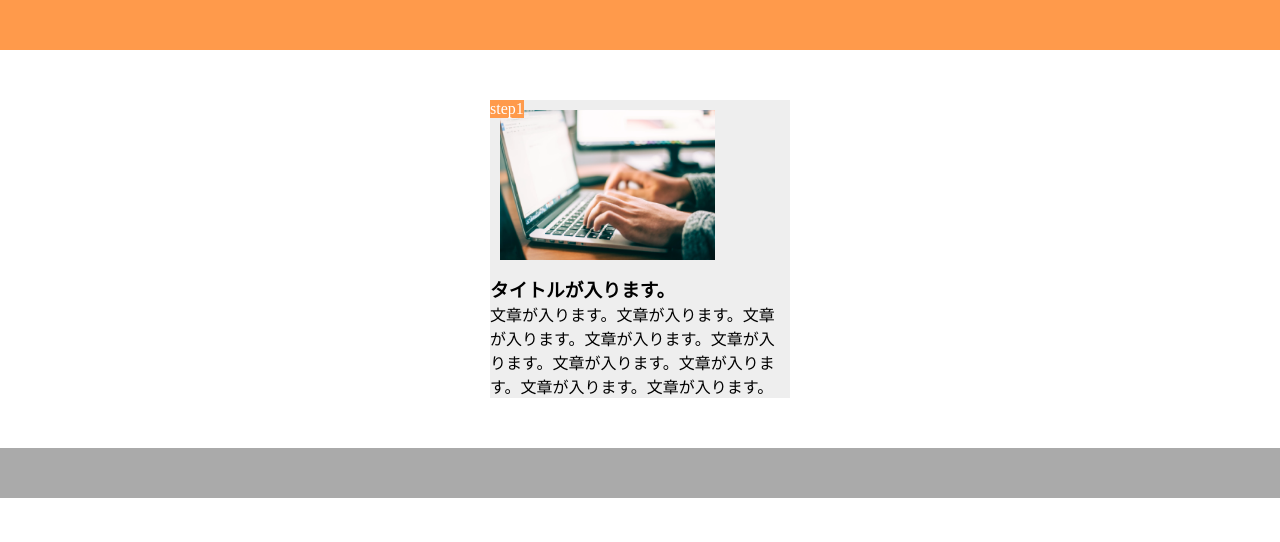
Repository: papisi-zu/book1
Page: exercises9/exercises9.html
The author's editor kept a record of every edit. The page is drawn from the files as they stood at one moment, then again after the next edit.
The browser window is 1280 px wide. The pictures show the whole page.

Above is the page before.

### exercises9/exercises9.html
<!DOCTYPE html>
<html lang="ja">
  <head>
    <meta charset="UTF-8" />
    <link rel="stylesheet" href="exercises9.css" />
    <title>exercises9</title>
  </head>

  <body>
    <header></header>
    <main>
      <section class="main-box">
        <span class="step">step1</span>
        <img class="step-image" src="img/flow01.png">
        <h3 main-title>タイトルが入ります。</h3>
        <P main-text>文章が入ります。文章が入ります。文章が入ります。文章が入ります。文章が入ります。文章が入ります。文章が入ります。文章が入ります。文章が入ります。</P>
      </section>
    </main>
    <footer></footer>
  </body>
</html>

### exercises9/exercises9.css
* {
  margin: 0;
  padding: 0;
  box-sizing: border-box;
}

header {
  width: 100%;
  height: 50px;
  background-color: #FF9A4B;
}

main {
  width: 960px;
  display: flex;
  justify-content: center;
  margin: 0 auto;
  padding: 50px 0;
}

.main-box {
  width: 300px;
  background-color: #EEEEEE;
  position: relative;
}

.step {
  background-color: #FF9A4B;
  color: #fff;
  position: absolute;
  top: 0;
  left: 0;
}

.step-image {
  height: 150px;
  background-image: url(img/flow01.png);
  background-size: cover;
  background-position: bottom;
  display: block;
  margin: 10px 10px 15px 10px;
}

.main-title {
  margin-bottom: 5px;
}

footer {
  width: 100%;
  height: 50px;
  background-color: #AAAAAA;
}

After the next edit:
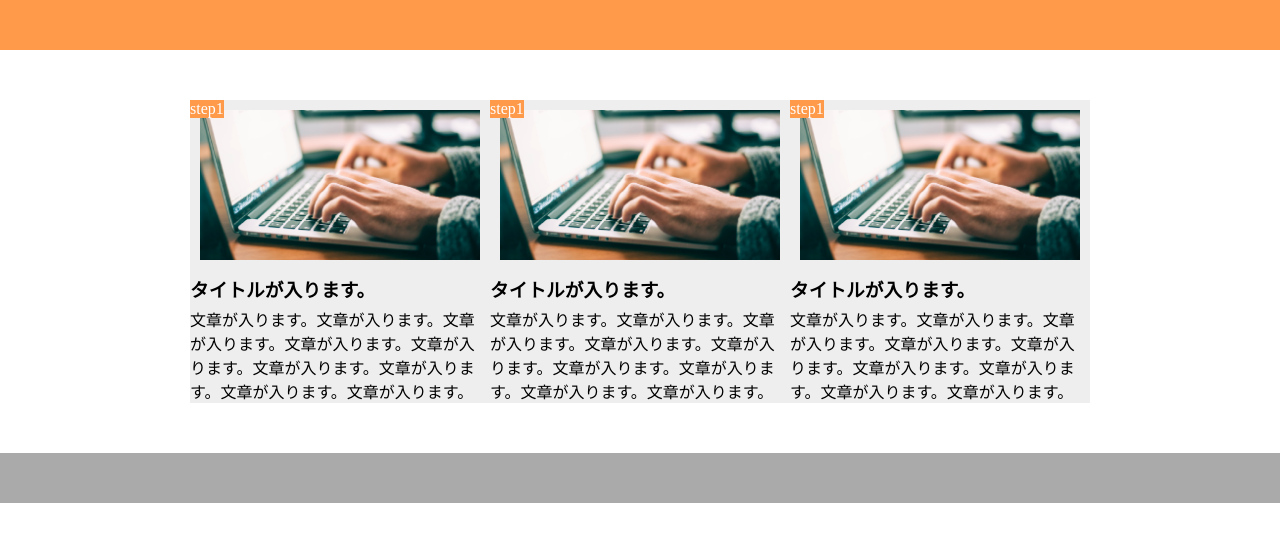
The edit:
--- a/exercises9/exercises9.html
+++ b/exercises9/exercises9.html
@@ -11,9 +11,21 @@
     <main>
       <section class="main-box">
         <span class="step">step1</span>
-        <img class="step-image" src="img/flow01.png">
-        <h3 main-title>タイトルが入ります。</h3>
-        <P main-text>文章が入ります。文章が入ります。文章が入ります。文章が入ります。文章が入ります。文章が入ります。文章が入ります。文章が入ります。文章が入ります。</P>
+        <div class="step-image"></div>
+        <h3 class="main-title">タイトルが入ります。</h3>
+        <P class="main-text">文章が入ります。文章が入ります。文章が入ります。文章が入ります。文章が入ります。文章が入ります。文章が入ります。文章が入ります。文章が入ります。</P>
+      </section>
+      <section class="main-box">
+        <span class="step">step1</span>
+        <div class="step-image"></div>
+        <h3 class="main-title">タイトルが入ります。</h3>
+        <P class="main-text">文章が入ります。文章が入ります。文章が入ります。文章が入ります。文章が入ります。文章が入ります。文章が入ります。文章が入ります。文章が入ります。</P>
+      </section>
+      <section class="main-box">
+        <span class="step">step1</span>
+        <div class="step-image"></div>
+        <h3 class="main-title">タイトルが入ります。</h3>
+        <P class="main-text">文章が入ります。文章が入ります。文章が入ります。文章が入ります。文章が入ります。文章が入ります。文章が入ります。文章が入ります。文章が入ります。</P>
       </section>
     </main>
     <footer></footer>
